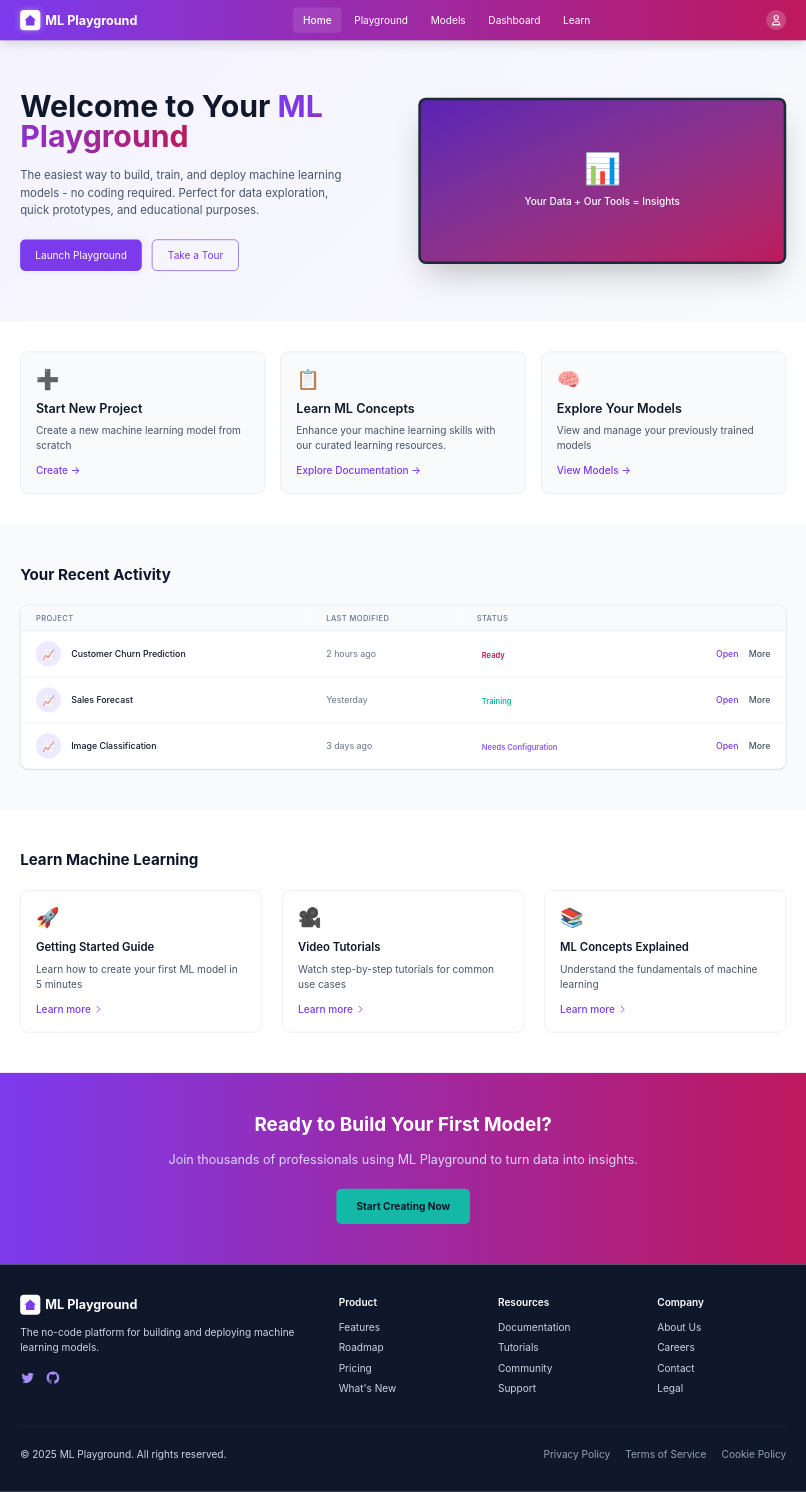
Repository: mdjaved24/ML_Playground
Page: /home (app in frontend/)
An editor plug-in stored every save of this project. The page is shown before and after the next save, followed by the edit.
The browser window is 1280 px wide. The pictures show the whole page, at 63% of full size.
The project was rebuilt for these pictures with package versions that can differ from the ones it lists, and the page was loaded fresh each time. Also part of the build but not shown: frontend/vite.config.js, frontend/src/pages/Landing Page/LandingPage.jsx, frontend/src/pages/Auth/Login.jsx, frontend/src/modals/ChangePassword.jsx, frontend/src/pages/Dashboard/Dashboard.jsx, frontend/src/pages/Auth/Signup.jsx, frontend/src/pages/Auth/ForgotPassword.jsx, frontend/src/pages/Learn/LearnPage.jsx and 3 more.

Above is the page before, as saved 2025-07-16 11:42:34.

After the next save:
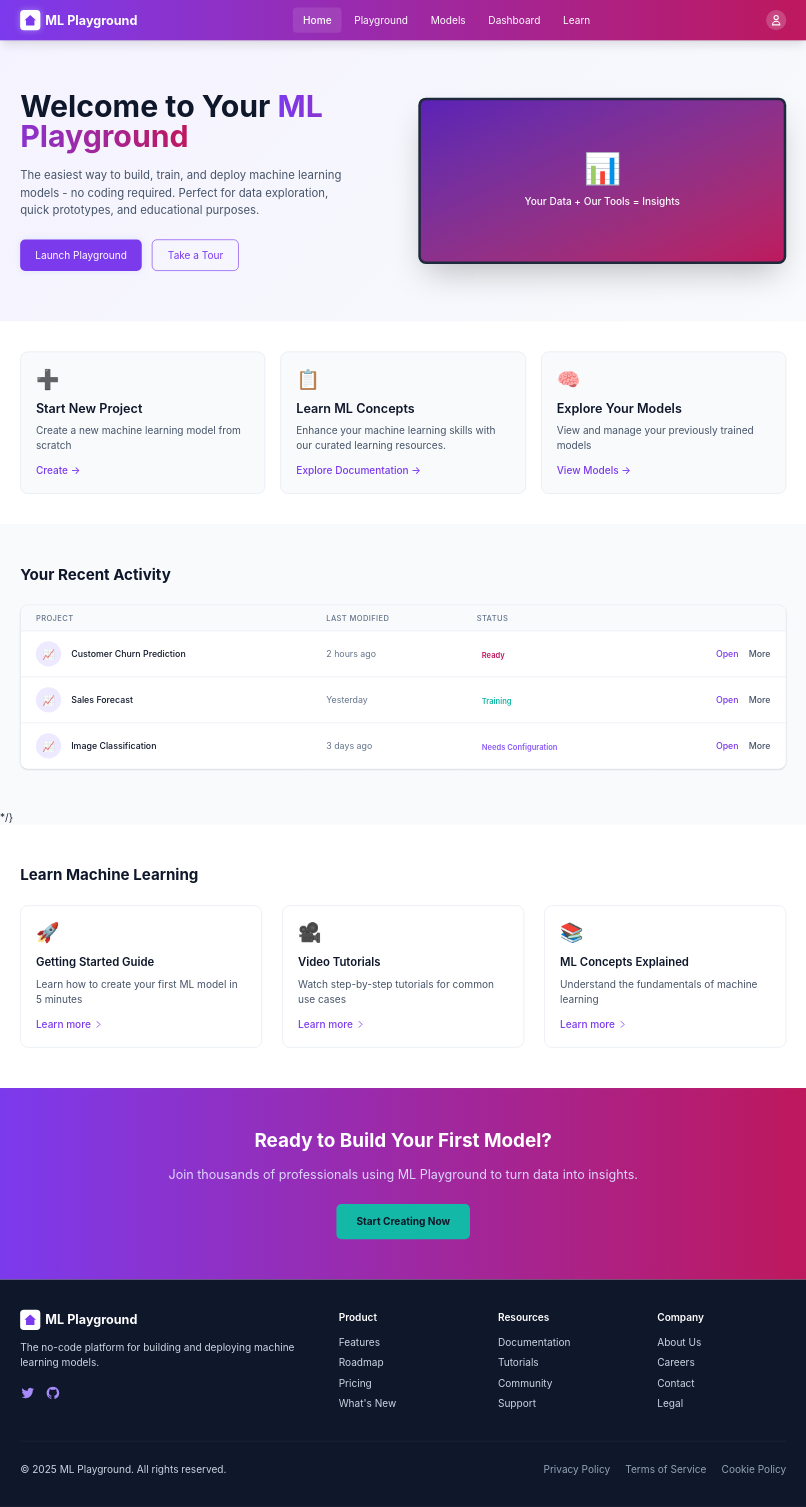
Saved 45 s later.
--- a/frontend/src/pages/Homepage/Homepage.jsx
+++ b/frontend/src/pages/Homepage/Homepage.jsx
@@ -83,7 +83,7 @@ function Homepage() {
           </div>
         </div>
       </section>
-
+{/*
       {/* Recent Activity */}
       <section className="py-16 bg-[var(--color-gray-50)] full-width">
         <div className="mx-auto px-4 sm:px-6 lg:px-8">
@@ -162,7 +162,7 @@ function Homepage() {
             </div>
           </div>
         </div>
-      </section>
+      </section> */}
 
       {/* Learning Resources */}
       <section className="py-16 bg-white full-width">
